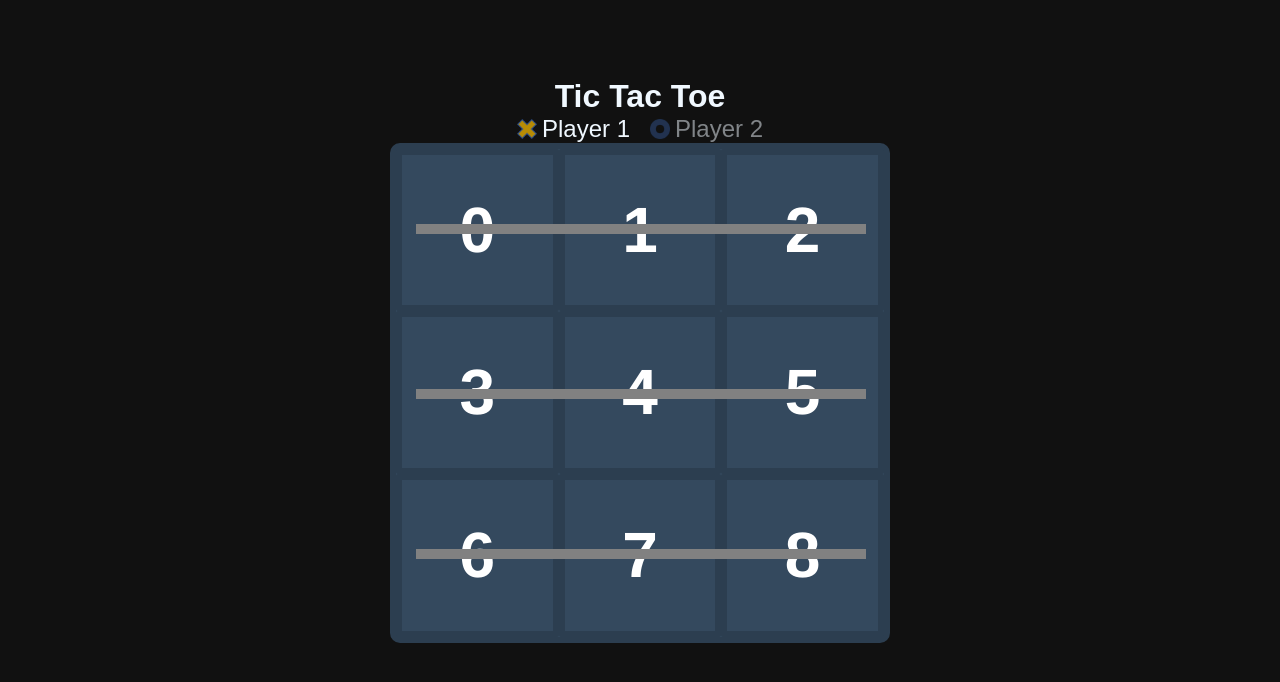
Repository: richardlieknis/tictactoe
Page: index.html
The author's editor kept a copy of each file at every save. The page is drawn from the files as they stood at one save, then again after the next save.
The browser window is 1280 px wide. The pictures show the whole page.

Above is the page before, as saved 2022-12-08 16:02:24.

### index.html
<!DOCTYPE html>
<html lang="en">

<head>
    <meta charset="UTF-8" />
    <meta http-equiv="X-UA-Compatible" content="IE=edge" />
    <meta name="viewport" content="width=device-width, initial-scale=1.0" />
    <title>TicTacToe</title>
    <link rel="stylesheet" href="css/style.css" />
    <link rel="stylesheet" href="css/mobile.css" />

    <script src="main.js"></script>
</head>

<body>
    <div class="maincontainer">
        <h1>Tic Tac Toe</h1>
        <div class="players">
            <div id="player1" class="">
                <img src="src/img/cross.png" /> Player 1
            </div>
            <div id="player2" class="inactive">
                <img src="src/img/circle.png" /> Player 2
            </div>
        </div>
        <div class="gameField">
            <div class="box" id="0" onclick="playerPlace(0)">0</div>
            <div class="box" id="1" onclick="playerPlace(1)">1</div>
            <div class="box" id="2" onclick="playerPlace(2)">2</div>
            <div class="box" id="3" onclick="playerPlace(3)">3</div>
            <div class="box" id="4" onclick="playerPlace(4)">4</div>
            <div class="box" id="5" onclick="playerPlace(5)">5</div>
            <div class="box" id="6" onclick="playerPlace(6)">6</div>
            <div class="box" id="7" onclick="playerPlace(7)">7</div>
            <div class="box" id="8" onclick="playerPlace(8)">8</div>
            <div class="lines">
                <div id="line0" class="line" style="top: 75px; left: 20px"></div>
                <div id="line1" class="line" style="top: 240px; left: 20px"></div>
                <div id="line2" class="line" style="top: 400px; left: 20px"></div>
                <div id="line3" class="line make-vertical" style="top: 240px; right: 180px"></div>
                <div id="line4" class="line make-vertical" style="top: 240px; right: 20px"></div>
                <div id="line5" class="line make-vertical" style="top: 240px; left: 180px"></div>
                <div id="line6" class="line" style="top: 240px; right: 20px; transform: rotate(45deg) scaleX(0)"></div>
                <div id="line7" class="line" style="top: 240px; right: 20px; transform: rotate(-45deg) scaleX(0)"></div>
            </div>
        </div>
    </div>
</body>

</html>

### css/style.css
* {
    margin: 0;
    padding: 0;
    box-sizing: border-box;
}

body {
    font-family: sans-serif;
    color: aliceblue;
    background-color: #111;
}

.players {
    display: flex;
    align-items: center;
    justify-content: center;
    gap: 20px;
}

#player1,
#player2 {
    display: flex;
    align-items: center;
    gap: 5px;
    font-size: 24px;
}

.inactive {
    opacity: 0.5;
}

.players img {
    width: 20px;
}

.maincontainer {
    display: flex;
    justify-content: center;
    align-items: center;
    flex-direction: column;
    height: 100vh;
}

.gameField {
    position: relative;
    width: 500px;
    height: 500px;
    margin: 0 auto;
    background-color: #34495e;
    color: #fff;
    border: 6px solid #2c3e50;
    border-radius: 10px;
    display: grid;
    grid-template: repeat(3, 1fr) / repeat(3, 1fr);
}

.box {
    border: 6px solid #2c3e50;
    border-radius: 2px;
    font-family: Helvetica;
    font-weight: bold;
    font-size: 4em;
    display: flex;
    justify-content: center;
    align-items: center;
    cursor: pointer;
}

.box:hover {
    background-color: #416080;
}

.line {
    position: absolute;
    width: 450px;
    height: 10px;
    background-color: rgb(129, 129, 129);
    transform: scaleX(1);
    transition: transform 1s ease-in-out;
}

.make-vertical {
    transform: rotate(90deg) scaleX(0);
}

#line0 {
    /* transform: scaleX(0); */
}

### main.js
const circle = document.getElementById('circle');
const cross = document.getElementById('cross');
const gameover = document.getElementById('gameover');

let fields = [0, 1, 2, 3, 4, 5, 6, 7, 8];
let currentPlayer = 'cross';
let win = false;

let winFields = [
    [0, 1, 2],
    [3, 4, 5],
    [6, 7, 8],
    [0, 3, 6],
    [1, 4, 7],
    [2, 5, 8],
    [0, 4, 8],
    [2, 4, 6]
]

function playerPlace(id) {
    let fieldHtml = document.getElementById(id);
    if (fields[id] < 9 && !win) {
        if (currentPlayer === 'circle') {
            fields[id] = 'circle';
            fieldHtml.innerHTML = `<img src="src/img/circle.png">`;
            checkWin();
            currentPlayer = 'cross';
            document.getElementById('player1').classList.remove('inactive');
            document.getElementById('player2').classList.add('inactive');
        } else if (currentPlayer === 'cross') {
            fields[id] = 'cross';
            fieldHtml.innerHTML = `<img src="src/img/cross.png">`;
            checkWin();
            currentPlayer = 'circle';
            document.getElementById('player2').classList.remove('inactive');
            document.getElementById('player1').classList.add('inactive');
        }
    }
}

function checkWin() {
    for (let i = 0; i < winFields.length; i++) {
        if (fields[winFields[i][0]] === fields[winFields[i][1]] &&
            fields[winFields[i][1]] === fields[winFields[i][2]]) {
            console.log("GEWONNEN:", currentPlayer);
            win = true;
        }
    }

}

function resetGame() {
    win = false;
    for (let i = 0; i < 9; i++) {
        let fieldHtml = document.getElementById(i);
        fields = [0, 1, 2, 3, 4, 5, 6, 7, 8];
        fieldHtml.innerHTML = "";
    }
}

Loaded but not shown: css/mobile.css (no stored copy; drawn as an empty file)

After the next save:
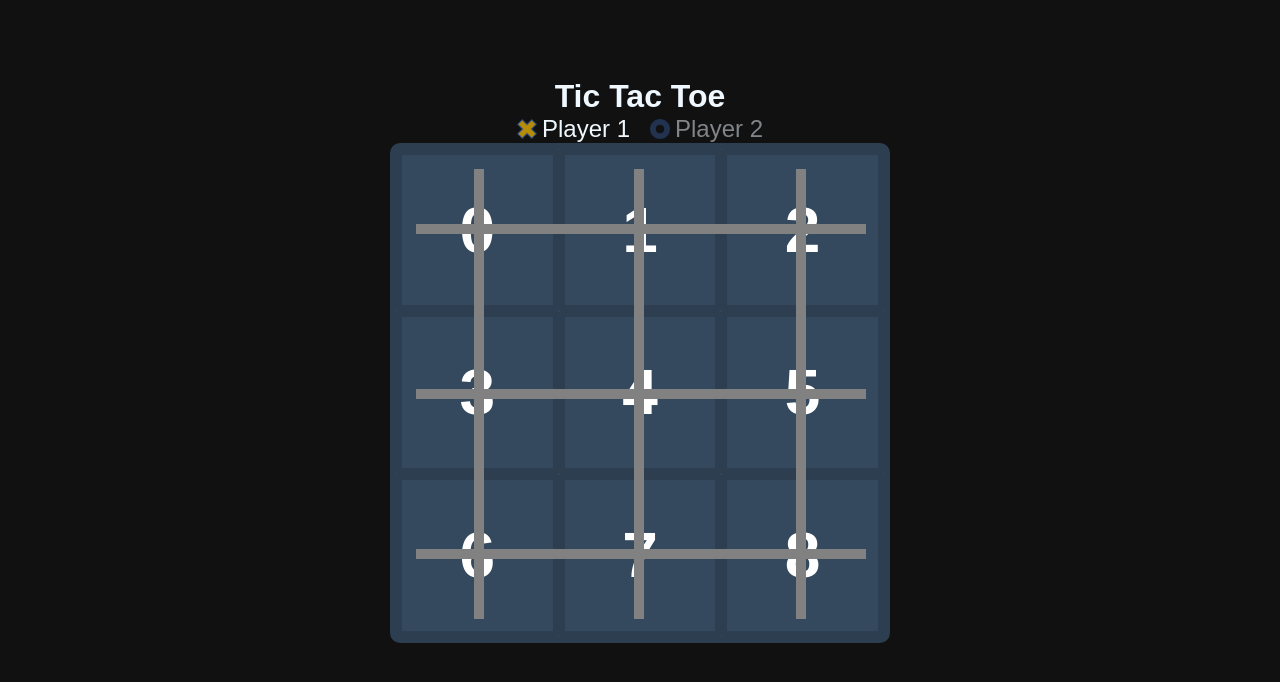
Saved 34 s later.
--- a/css/style.css
+++ b/css/style.css
@@ -80,7 +80,7 @@
 }
 
 .make-vertical {
-    transform: rotate(90deg) scaleX(0);
+    transform: rotate(90deg) scaleX(1);
 }
 
 #line0 {

After the save that followed:
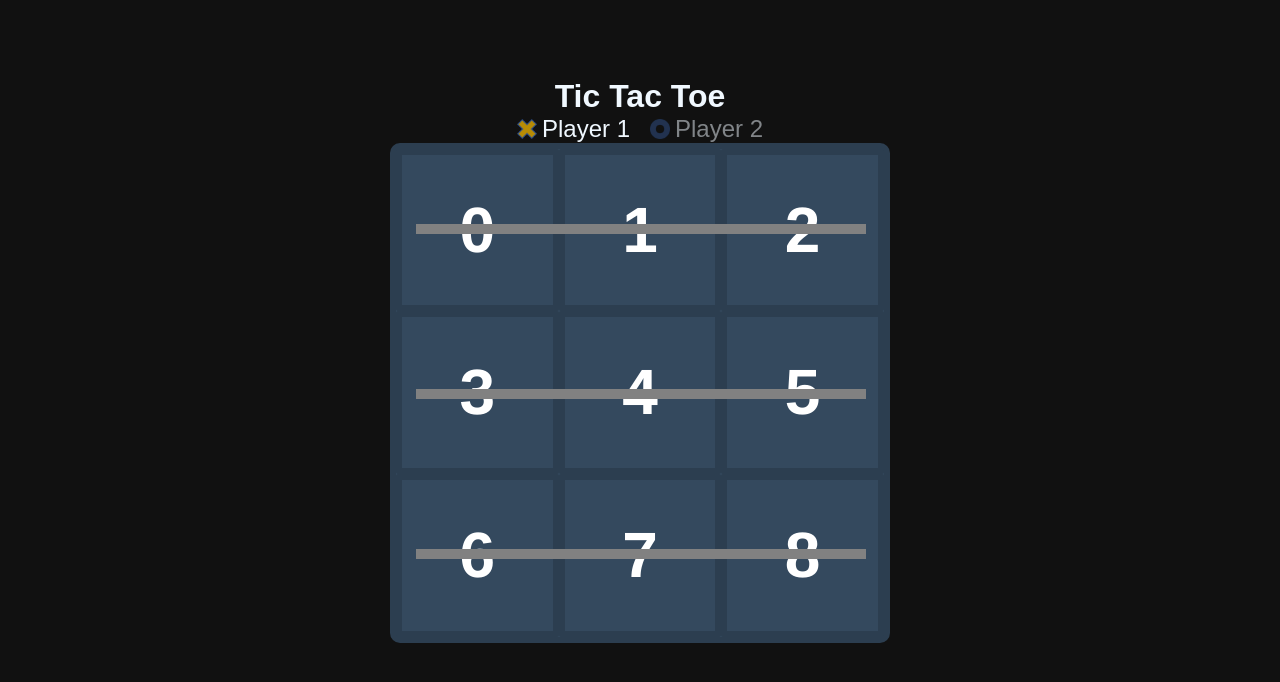
Saved 9 s later.
--- a/css/style.css
+++ b/css/style.css
@@ -80,7 +80,7 @@
 }
 
 .make-vertical {
-    transform: rotate(90deg) scaleX(1);
+    transform: rotate(90deg) scaleX(0);
 }
 
 #line0 {
